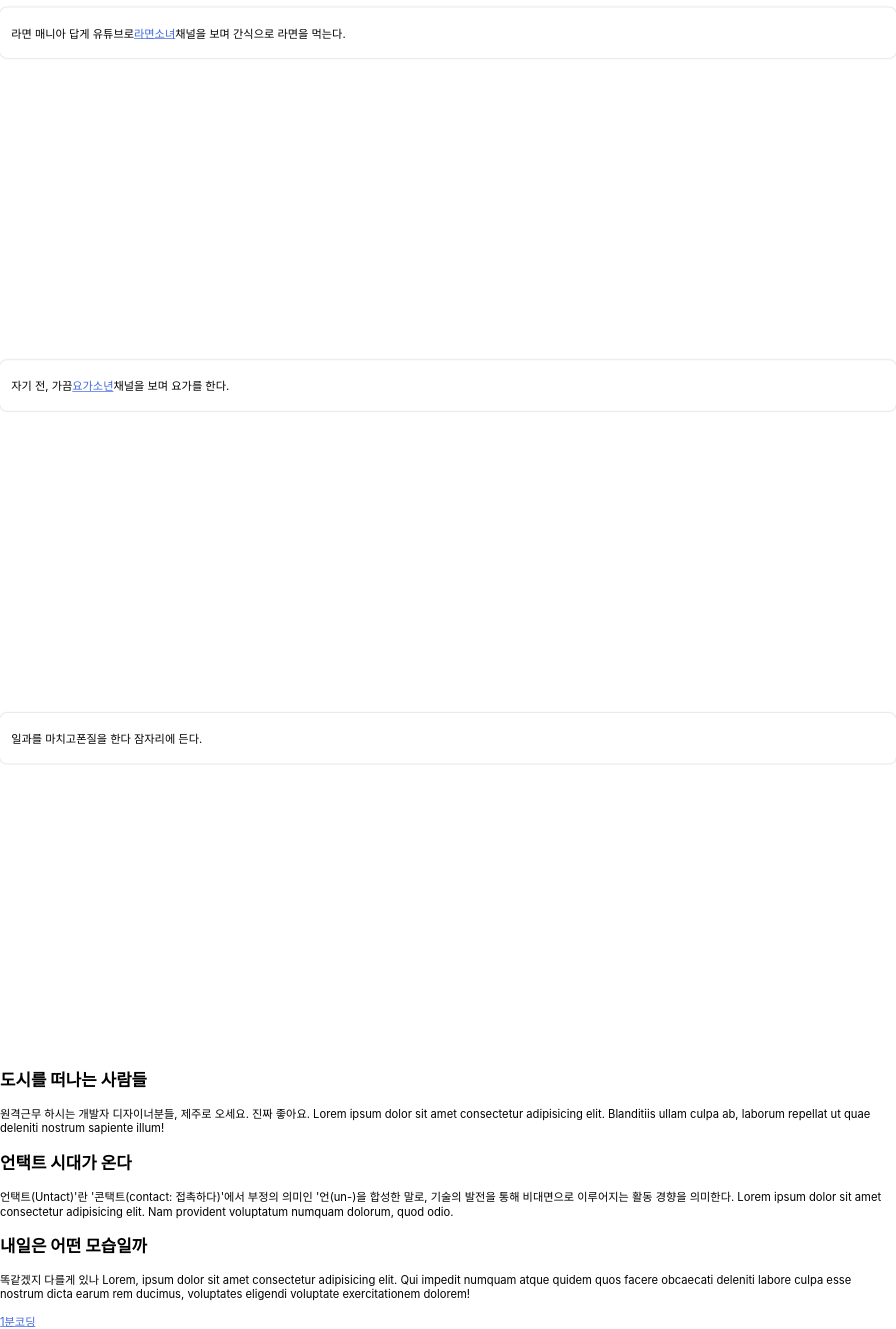
Repository: westone034626/ReactPractice
Page: /
The author's editor kept a copy of each file at every save. The page is drawn from the files as they stood at one save, then again after the next save.
The browser window is 1280 px wide. The pictures show the part of the page from y = 4554 to 6474 px (the page is 6453 px tall before and 6474 px after), at 70% of full size.
The project was rebuilt for these pictures with package versions that can differ from the ones it lists, and the page was loaded fresh each time. Also part of the build but not shown: src/App.css.

Above is the page before, as saved 2021-10-31 23:37:53.

### src/App.js
import './App.css';
import styles from './App.module.css';

function App() {
  return (
    <div className={styles.body}>
      <div className={styles.header}>
        <div className={styles.globalWidth}>
          <h1 className={styles.pageTitle}>
            코로나19 시대, 제주 사는 개발자의 하루
          </h1>
          <p>
            이 페이지는 BBC 비주얼저널리즘 팀에서 제작한
            <a
              href="https://www.bbc.com/korean/resources/idt-48d3c9a7-4063-4289-9726-611b5ea9d7b5"
              target="_blank"
            >
              '재택근무의 일상화'... 코로나19가 바꿀 사무실의 미래
            </a>
            페이지를 비슷하게 구현해 본 개발 예제입니다. 시각적 기능만 비슷하게
            만들어 본 것이므로, 개발 방식은 전혀 다를 수도 있습니다.
            <br />
            아래의 내용은 제주 바닷가에 사는 개발자인 저의 실제 일상이기도
            하지만, 강의영상 예제로 만든 페이지이므로 내용에 큰 의미를 두고 보실
            필요는 없습니다 ㅎㅎ
            <br />
            밑으로 스크롤 해봅시다.
          </p>
        </div>
      </div>
      <div className={styles.scrollContent}>
        <div className={styles.scrollGraphic}>
          <div className={styles.graphicItem}>
            <img className={styles.sceneImg} src="img/00.png" alt="" />
          </div>
          <div className={styles.graphicItem}>
            <img className={styles.sceneImg} src="img/01.png" alt="" />
          </div>
          <div className={styles.graphicItem} data-action="birdFlies">
            <img className={styles.sceneImg} src="img/02.png" alt="" />
          </div>
          <div className={styles.graphicItem}>
            <img className={styles.sceneImg} src="img/bird.gif" alt="" />
          </div>
          <div className={styles.graphicItem}>
            <img className={styles.sceneImg} src="img/03.png" alt="" />
          </div>
          <div className={styles.graphicItem} data-action="birdFlies2">
            <img className={styles.sceneImg} src="img/04.png" alt="" />
          </div>
          <div className={styles.graphicItem}>
            <img className={styles.sceneImg} src="img/05.png" alt="" />
          </div>
          <div className={styles.graphicItem}>
            <img className={styles.sceneImg} src="img/06.png" alt="" />
          </div>
          <div className={styles.graphicItem}>
            <img className={styles.sceneImg} src="img/07.png" alt="" />
          </div>
          <div className={styles.graphicItem}>
            <img className={styles.sceneImg} src="img/08.png" alt="" />
          </div>
        </div>
        <div className={{ ...styles.scrollText, ...styles.globalWidth }}>
          <div className={styles.step}>
            <p>
              일분이를 소개한다.
              <br />
              <br />
              <a href="https://studiomeal.com" target="_blank">
                1분코딩
              </a>
              의 마스코트이며 제주 바닷가에 사는 개발자인 일분이는 코로나19
              이전부터 재택근무를 해왔지만, 코로나19는 일분이의 생활에도 변화를
              주었다.
            </p>
          </div>
          <div className={styles.step}>
            <p>아침에 일어나면, 커피를 내리며 정신을 차린다.</p>
          </div>
          <div className={styles.step}>
            <p>
              사회적 거리두기를 위해 한적한 바닷길쪽으로 러닝을 한다.
              <br />
              가끔 만나는 바닷새와 눈인사를 나눈다.
            </p>
          </div>
          <div className={styles.step}>
            <p>맞다, 트위터의 걔.</p>
          </div>
          <div className={styles.step}>
            <p>운동을 마치고 집에 돌아와 작업을 시작한다.</p>
          </div>
          <div className={styles.step}>
            <p>
              밥은 집에서 먹거나, 테이크아웃이 가능한 메뉴를 골라 탁 트인
              야외에서 먹는다. 물론 사회적 거리두기를 하기 위함이다.
            </p>
          </div>
          <div className={styles.step}>
            <p>
              보통 오후 작업은 집 근처의 일하기 좋은 카페에서 해왔지만, 코로나19
              이후에는 집에서 하는 날이 많아졌다.
            </p>
          </div>
          <div className={styles.step}>
            <p>
              라면 매니아 답게 유튜브로
              <a
                href="https://www.youtube.com/channel/UCYzTR8jV9_xv1p25N2dNBQQ"
                target="_blank"
              >
                라면소녀
              </a>
              채널을 보며 간식으로 라면을 먹는다.
            </p>
          </div>
          <div className={styles.step}>
            <p>
              자기 전, 가끔
              <a
                href="https://www.youtube.com/channel/UCkTRKCuFrRiXQm_gMG1uDvg"
                target="_blank"
              >
                요가소년
              </a>
              채널을 보며 요가를 한다.
            </p>
          </div>
          <div className={styles.step}>
            <p>
              일과를 마치고
              <span className={styles.strikethrough}>폰질을 한다</span> 잠자리에
              든다.
            </p>
          </div>
        </div>
      </div>
      <div className={styles.normalContent}>
        <h2>도시를 떠나는 사람들</h2>
        <p>
          원격근무 하시는 개발자 디자이너분들, 제주로 오세요. 진짜 좋아요. Lorem
          ipsum dolor sit amet consectetur adipisicing elit. Blanditiis ullam
          culpa ab, laborum repellat ut quae deleniti nostrum sapiente illum!
        </p>
        <h2>언택트 시대가 온다</h2>
        <p>
          언택트(Untact)'란 '콘택트(contact: 접촉하다)'에서 부정의 의미인
          '언(un-)을 합성한 말로, 기술의 발전을 통해 비대면으로 이루어지는 활동
          경향을 의미한다. Lorem ipsum dolor sit amet consectetur adipisicing
          elit. Nam provident voluptatum numquam dolorum, quod odio.
        </p>
        <h2>내일은 어떤 모습일까</h2>
        <p>
          똑같겠지 다를게 있나 Lorem, ipsum dolor sit amet consectetur
          adipisicing elit. Qui impedit numquam atque quidem quos facere
          obcaecati deleniti labore culpa esse nostrum dicta earum rem ducimus,
          voluptates eligendi voluptate exercitationem dolorem!
        </p>
      </div>
      <footer className={styles.globalFooter}>
        <a
          href="https://www.youtube.com/channel/UC_s1FC7s5YVwDImzv-WG93Q"
          target="blank"
        >
          1분코딩
        </a>
      </footer>
    </div>
  );
}

export default App;

### src/App.module.css
.body {
  margin: 0;
}

a {
  color: royalblue;
}

img {
  max-width: 100%;
  height: auto;
}

.globalWidth {
  max-width: 620px;
  margin: 0 auto;
  padding: 0 1rem;
}

.scrollGraphic {
  position: sticky;
  top: 0;
  height: 100vh;
}

.graphicItem {
  position: absolute;
  left: 0;
  top: 0;
  width: 100%;
  height: 100%;
  display: flex;
  justify-content: center;
  align-items: center;
  /* opacity: 0; */
  transition: 0.5s;
}

.visible {
  opacity: 1;
}

.sceneImg {
  max-height: 100%;
}

.scrollText {
  position: relative;
  padding-bottom: 1px;
}

.step {
  margin-bottom: 60vh;
  background-color: rgba(255, 255, 255, 0.8);
  padding: 0.5rem 1rem;
  border-radius: 10px;
  box-shadow: rgba(0, 0, 0, 0.3) 0 0 3px;
}

Loaded but not shown: public/index.html (common file); src/index.js (common file); src/index.css (common file); src/reportWebVitals.js (common file)

After the next save:
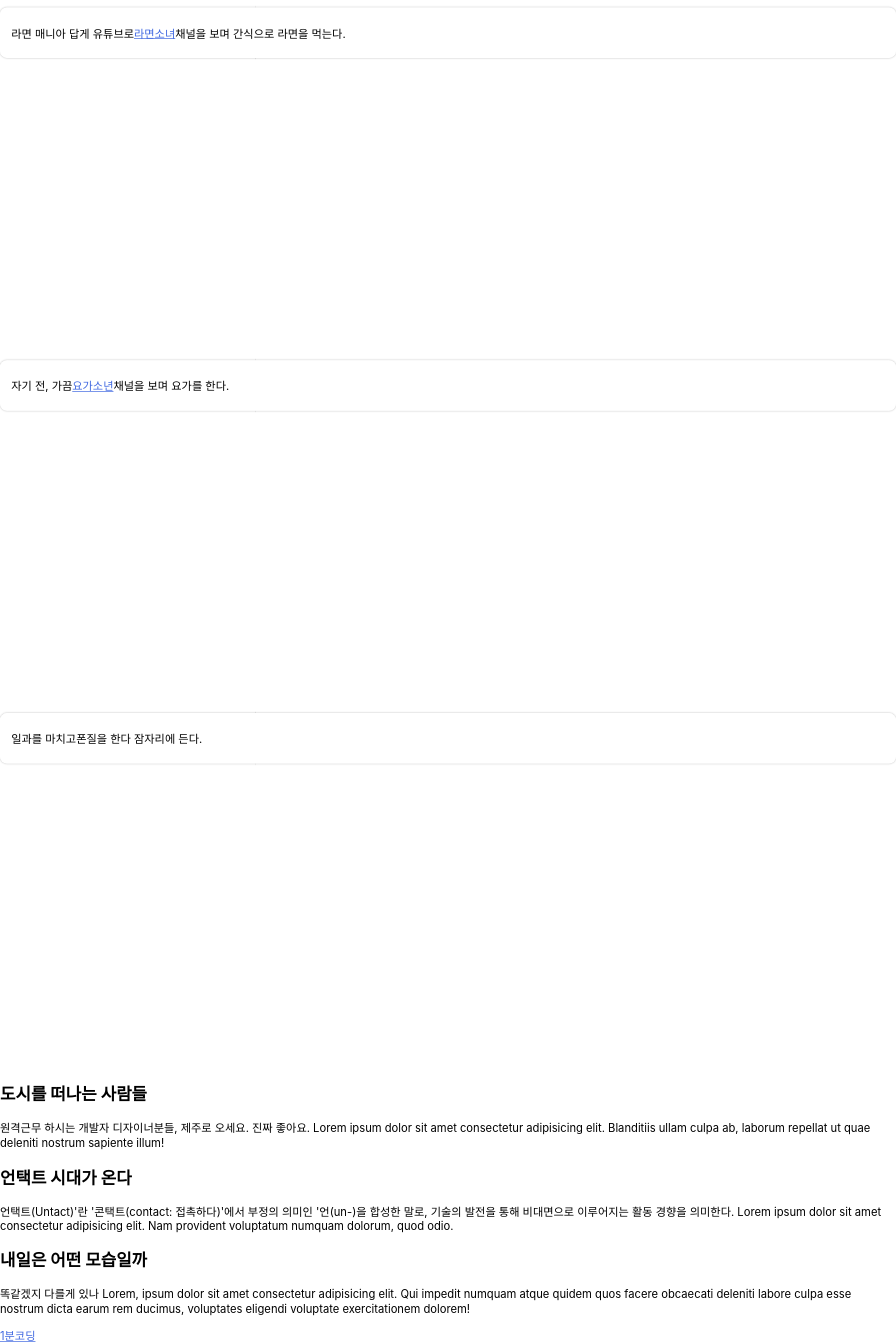
Saved 15 s later.
--- a/src/App.js
+++ b/src/App.js
@@ -61,7 +61,7 @@ function App() {
             <img className={styles.sceneImg} src="img/08.png" alt="" />
           </div>
         </div>
-        <div className={{ ...styles.scrollText, ...styles.globalWidth }}>
+        <div className={styles.scrollText}>
           <div className={styles.step}>
             <p>
               일분이를 소개한다.
